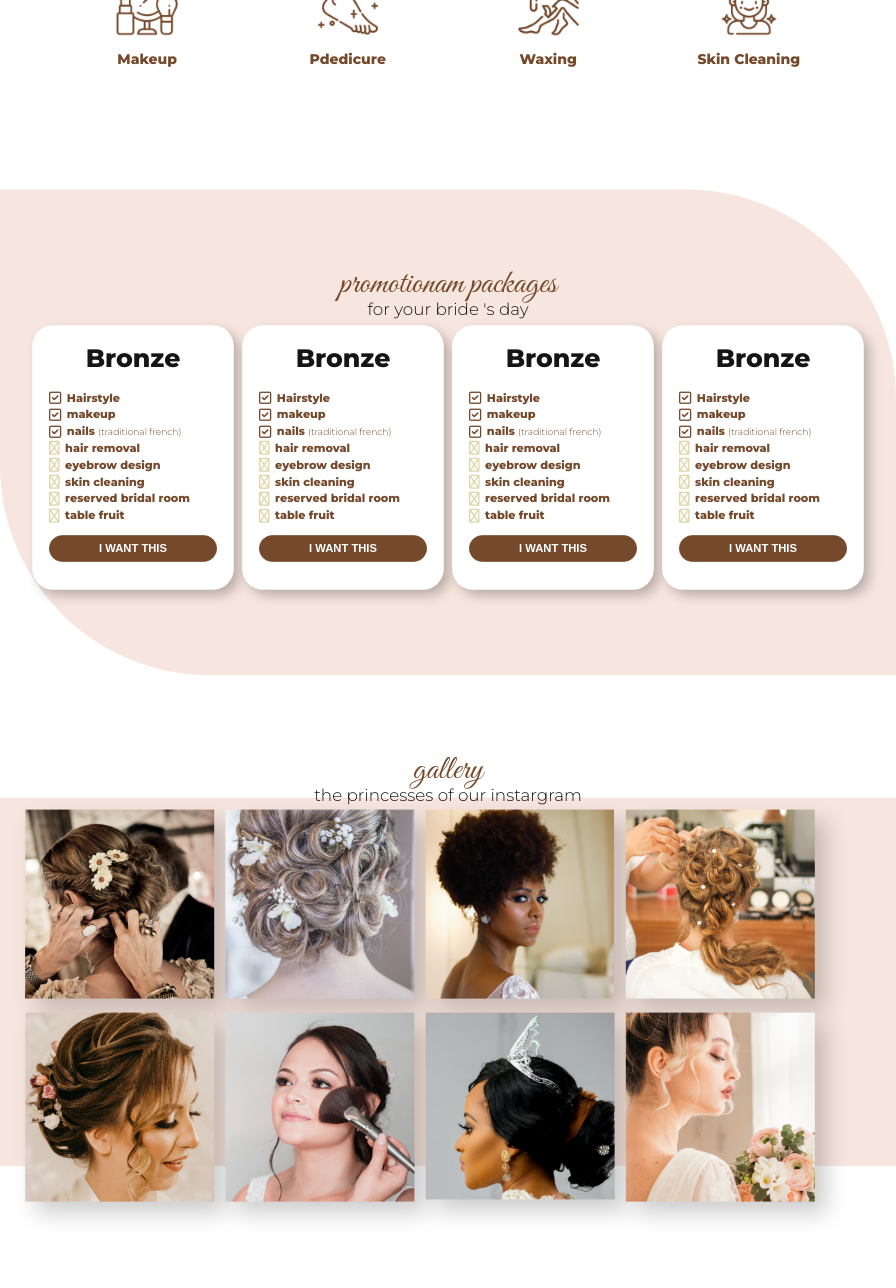
Repository: TuanHuflit2k1/clone-web01
Page: index.html
The author's editor kept a copy of each file at every save. The page is drawn from the files as they stood at one save, then again after the next save.
The browser window is 1280 px wide. The pictures show the part of the page from y = 1972 to 3892 px (the page is 3812 px tall before and 3892 px after), at 70% of full size.
Some web libraries are served in a nearby version.

Above is the page before, as saved 2022-04-28 12:49:53.

### index.html
<!DOCTYPE html>
<html lang="en">
  <head>
    <meta charset="UTF-8" />
    <meta http-equiv="X-UA-Compatible" content="IE=edge" />
    <meta name="viewport" content="width=device-width, initial-scale=1.0" />
    <title>Beauty Salon</title>
    <!-- css file -->
    <link rel="stylesheet" href="./style.css" />
    <!-- font awesomw CDN -->
    <link
      rel="stylesheet"
      href="https://cdnjs.cloudflare.com/ajax/libs/font-awesome/6.1.1/css/all.min.css"
      integrity="sha512-KfkfwYDsLkIlwQp6LFnl8zNdLGxu9YAA1QvwINks4PhcElQSvqcyVLLD9aMhXd13uQjoXtEKNosOWaZqXgel0g=="
      crossorigin="anonymous"
      referrerpolicy="no-referrer"
    />
  </head>
  <body>
    <!-- header -->
    <header class="header" id="header">
      <div class="navbar">
        <div class="logo">
          <img src="./img/logo.svg" alt="Logo" />
        </div>
        <nav class="nav-menu" id="nav-menu">
          <ul class="nav-list">
            <li><a href="#" class="nav-link active">home</a></li>
            <li><a href="#about" class="nav-link">about</a></li>
            <li><a href="#services" class="nav-link">services</a></li>
            <li><a href="#package" class="nav-link">package</a></li>
            <li><a href="#gallery" class="nav-link">gallery</a></li>
            <li><a href="#contact" class="nav-link">contact</a></li>
          </ul>
        </nav>
        <div class="nav-toggle" id="nav-toggle">
          <i class="fas fa-bars"></i>
        </div>
      </div>
    </header>
    <!-- end header -->
    <!-- start home section -->
    <section class="home">
      <div class="container">
        <div class="home-img">
          <img src="./img/home-img.png" />
        </div>
        <div class="home-content">
          <h1>Your big day<br /><span>in style</span></h1>
          <p>
            Come see our bride 's corner and take the opportunity to schedule
            your date
          </p>
          <a href="#" class="btn btn-outline">
            <i class="fab fa-whatsapp"></i>
            Schedule your time
          </a>
        </div>
      </div>
    </section>
    <!-- end section home -->
    <!-- start section about -->
    <section class="about" id="about">
      <div class="container">
        <div class="section-title">
          <h1>our story</h1>
          <span>studio hair</span>
        </div>
        <div class="about-detail">
          <div class="about-detal-content">
            <div class="about-img">
              <img src="./img/about-img.jpg" />
            </div>
            <div class="about-description">
              <p>
                Lorem ipsum dolor sit amet consectetur adipisicing elit. Error,
                maiores!
              </p>
              <p>
                Lorem ipsum dolor sit amet consectetur adipisicing elit.
                Distinctio itaque, adipisci animi quisquam aliquid excepturi!
              </p>
              <p>
                Lorem ipsum dolor sit amet consectetur adipisicing elit.
                Blanditiis, sequi?
              </p>
            </div>
          </div>
        </div>
      </div>
    </section>
    <!-- end section about -->
    <!-- start service section -->
    <div class="services" id="services">
      <div class="services-content">
        <div class="section-title">
          <h1>services</h1>
          <span>what we do</span>
        </div>
        <div class="services-content-description">
          <div class="box">
            <div class="inner">
              <img src="./img/services/manicure.png" />
              <p>manicure</p>
            </div>
          </div>
          <div class="box">
            <div class="inner">
              <img src="./img/services/eyebrow design.png" />
              <p>eyebrow design</p>
            </div>
          </div>
          <div class="box">
            <div class="inner">
              <img src="./img/services/haircut.png" />
              <p>haircut</p>
            </div>
          </div>
          <div class="box">
            <div class="inner">
              <img src="./img/services/hairstyle.png" />
              <p>hairstyle</p>
            </div>
          </div>
          <div class="box">
            <div class="inner">
              <img src="./img/services/makeup.png" />
              <p>makeup</p>
            </div>
          </div>
          <div class="box">
            <div class="inner">
              <img src="./img/services/pedicure.png" />
              <p>pdedicure</p>
            </div>
          </div>
          <div class="box">
            <div class="inner">
              <img src="./img/services/waxing.png" />
              <p>waxing</p>
            </div>
          </div>
          <div class="box">
            <div class="inner">
              <img src="./img/services/skin cleansing.png" />
              <p>skin cleaning</p>
            </div>
          </div>
        </div>
      </div>
    </div>
    <!-- end services section -->
    <!-- start package section -->
    <div class="package" id="package">
      <div class="section-title">
        <h1>promotionam packages</h1>
        <span>for your bride 's day</span>
      </div>
      <div class="package-cards">
        <div class="card">
          <div class="card-title">
            <h1>Bronze</h1>
          </div>
          <div class="card-items">
            <div class="item">
              <i class="far fa-check-square check-icon"></i>
              <p>Hairstyle</p>
            </div>
            <div class="item">
              <i class="far fa-check-square check-icon"></i>
              <p>makeup</p>
            </div>
            <div class="item">
                <i class="far fa-check-square check-icon"></i>
                <p>nails <span>(traditional french)</span></p>
              </div>
              <div class="item">
                <i class="far fa-times-square x-icon"></i>
                <p class="not">hair removal</p>
              </div>
              <div class="item">
                <i class="far fa-times-square x-icon"></i>
                <p class="not">eyebrow design</p>
              </div>
              <div class="item">
                <i class="far fa-times-square x-icon"></i>
                <p class="not">skin cleaning</p>
              </div>
              <div class="item">
                <i class="far fa-times-square x-icon"></i>
                <p class="not"> reserved bridal room</p>
              </div>
              <div class="item">
                <i class="far fa-times-square x-icon"></i>
                <p class="not">table fruit</p>
              </div>
            <button class="btn">I want this</button>

          </div>

      </div>
      <div class="card">
        <div class="card-title">
          <h1>Bronze</h1>
        </div>
        <div class="card-items">
          <div class="item">
            <i class="far fa-check-square check-icon"></i>
            <p>Hairstyle</p>
          </div>
          <div class="item">
            <i class="far fa-check-square check-icon"></i>
            <p>makeup</p>
          </div>
          <div class="item">
              <i class="far fa-check-square check-icon"></i>
              <p>nails <span>(traditional french)</span></p>
            </div>
            <div class="item">
              <i class="far fa-times-square x-icon"></i>
              <p class="not">hair removal</p>
            </div>
            <div class="item">
              <i class="far fa-times-square x-icon"></i>
              <p class="not">eyebrow design</p>
            </div>
            <div class="item">
              <i class="far fa-times-square x-icon"></i>
              <p class="not">skin cleaning</p>
            </div>
            <div class="item">
              <i class="far fa-times-square x-icon"></i>
              <p class="not"> reserved bridal room</p>
            </div>
            <div class="item">
              <i class="far fa-times-square x-icon"></i>
              <p class="not">table fruit</p>
            </div>
            <button class="btn">I want this</button>

        </div>

    </div>
    <div class="card">
        <div class="card-title">
          <h1>Bronze</h1>
        </div>
        <div class="card-items">
          <div class="item">
            <i class="far fa-check-square check-icon"></i>
            <p>Hairstyle</p>
          </div>
          <div class="item">
            <i class="far fa-check-square check-icon"></i>
            <p>makeup</p>
          </div>
          <div class="item">
              <i class="far fa-check-square check-icon"></i>
              <p>nails <span>(traditional french)</span></p>
            </div>
            <div class="item">
              <i class="far fa-times-square x-icon"></i>
              <p class="not">hair removal</p>
            </div>
            <div class="item">
              <i class="far fa-times-square x-icon"></i>
              <p class="not">eyebrow design</p>
            </div>
            <div class="item">
              <i class="far fa-times-square x-icon"></i>
              <p class="not">skin cleaning</p>
            </div>
            <div class="item">
              <i class="far fa-times-square x-icon"></i>
              <p class="not"> reserved bridal room</p>
            </div>
            <div class="item">
              <i class="far fa-times-square x-icon"></i>
              <p class="not">table fruit</p>
            </div>
            <button class="btn">I want this</button>

        </div>

    </div>
    <div class="card">
        <div class="card-title">
          <h1>Bronze</h1>
        </div>
        <div class="card-items">
          <div class="item">
            <i class="far fa-check-square check-icon"></i>
            <p>Hairstyle</p>
          </div>
          <div class="item">
            <i class="far fa-check-square check-icon"></i>
            <p>makeup</p>
          </div>
          <div class="item">
              <i class="far fa-check-square check-icon"></i>
              <p>nails <span>(traditional french)</span></p>
            </div>
            <div class="item">
              <i class="far fa-times-square x-icon"></i>
              <p class="not">hair removal</p>
            </div>
            <div class="item">
              <i class="far fa-times-square x-icon"></i>
              <p class="not">eyebrow design</p>
            </div>
            <div class="item">
              <i class="far fa-times-square x-icon"></i>
              <p class="not">skin cleaning</p>
            </div>
            <div class="item">
              <i class="far fa-times-square x-icon"></i>
              <p class="not"> reserved bridal room</p>
            </div>
            <div class="item">
              <i class="far fa-times-square x-icon"></i>
              <p class="not">table fruit</p>
            </div>
            <button class="btn">I want this</button>
        </div>

    </div>

        </div>
      </div>
    </div>
    <!-- end package asection -->
    <!-- start galley section -->
    <section class="gallery" id="gallery">
<div class="gallery-content">
    <div class="section-title">
        <h1>gallery</h1>
        <span>the princesses of our instargram</span>
    </div>
    <div class="gallery-list-img">
        <div class="gallery-img">
            <img src="./img/img-insta/photo1.png">
        </div>
        <div class="gallery-img">
            <img src="./img/img-insta/photo2.png">
        </div>
        <div class="gallery-img">
            <img src="./img/img-insta/photo3.png">
        </div>
        <div class="gallery-img">
            <img src="./img/img-insta/photo4.png">
        </div>
        <div class="gallery-img">
            <img src="./img/img-insta/photo5.png">
        </div>
        <div class="gallery-img">
            <img src="./img/img-insta/photo6.png">
        </div>
        <div class="gallery-img">
            <img src="./img/img-insta/photo7.png">
        </div>
        <div class="gallery-img">
            <img src="./img/img-insta/photo8.png">
        </div>
    </div>
</div>
    </section>
    <!-- link js -->
    <script src="./main.js"></script>
  </body>
</html>

### style.css
/* font */
@import url("https://fonts.googleapis.com/css2?family=Great+Vibes&family=Montserrat:wght@300;400;600;800&display=swap");
:root {
  --header-height: 5rem;
  --main-color: #f7e6df;
  --first-color: #75492b;
  --secon-color: #dfd6a7;
  --white-color: #fff;
  --black-color: #151515;

  --font-cursive: "Great Vibes", cursive;
  --font-body: "Montserrat", sans-serif;

  --big-font-size: 3rem;
  --h1-font-size: 2.25rem;
  --h2-font-size: 1.5rem;
  --h3-font-size: 1.25rem;
  --normal-font-size: 1rem;
  --small-font-size: 0.813rem;
}
* {
  box-sizing: border-box;
  margin: 0;
  padding: 0;
  text-decoration: none;
  list-style: none;
  outline: none;
  border: none;
}
html {
  scroll-behavior: smooth;
}
body {
  background-color: var(--white-color);
  font-size: var(--normal-font-size);
  font-family: var(--font-body);
  overflow-x: hidden;
}
/* button */
.btn {
  width: 240px;
  display: flex;
  align-items: center;
  justify-content: center;
  text-align: center;
  background-color: var(--first-color);
  color: var(--white-color);
  border: 1px solid var(--first-color);
  border-radius: 50px;
  font-size: var(--normal-font-size);
  font-weight: bold;
  text-transform: uppercase;
  line-height: 1rem;
  padding: 10px 20px;
  cursor: pointer;
  transition: all 0.4s ease;
}
.btn:hover {
  background-color: transparent;
  color: var(--first-color);
}
.btn-outline {
  width: 280px;
  background-color: transparent;
  color: var(--first-color);
  padding: 5px 10px 5px 0;
  transition: all 0.4s ease;
  position: relative;
}
.btn-outline::before {
  content: "";
  position: absolute;
  top: 0;
  left: 0;
  width: 18%;
  height: 100%;
  background-color: var(--first-color);
  border: 1px solid var(--first-color);
  border-radius: 50px;
  transition: all 0.4s ease-in-out;
}
.btn-outline i {
  margin-right: 1.5rem;
  font-size: var(--h3-font-size);
  color: var(--white-color);
  z-index: 10;
}
.btn-outline:hover::before {
  width: 100%;
  z-index: -1;
}
.btn-outline:hover {
  color: var(--white-color);
  z-index: 10;
}
/* end button */
.header {
  position: fixed;
  top: 0;
  left: 0;
  right: 0;
  height: var(--header-height);
  background-color: rgba(255, 255, 255, 0.3);
  z-index: 10000;
  transition: all 0.4s ease;
}
.scroll-header {
  background-color: var(--white-color);
  box-shadow: 0 4px 6px rgba(0, 0, 0, 0.1);
}
.navbar {
  width: 100%;
  max-width: 1200px;
  margin: 0 auto;
  display: flex;
  justify-content: space-between;
  align-items: center;
  padding: 20px;
}
.nav-menu .nav-list {
  display: flex;
}
.nav-menu li {
  margin-right: 2rem;
}
.nav-link {
  font-size: var(--normal-font-size);
  color: var(--black-color);
  font-weight: bold;
  text-transform: capitalize;
  position: relative;
  transition: all 0.4s ease;
}
.nav-link::before {
  content: "";
  position: absolute;
  width: 0;
  left: 0;
  bottom: 0;
  height: 2px;
  background-color: var(--first-color);
  transition: all 0.4s ease-in-out;
}
.nav-link:hover::before {
  width: 100%;
}
.nav-link:hover,
.nav-link.active {
  color: var(--first-color);
}
.nav-toggle {
  font-size: var(--h1-font-size);
  padding: 5px 5px 0;
  border: 2px solid transparent;
  cursor: pointer;
  z-index: 100;
  display: none;
}
.nav-toggle:hover {
  color: var(--first-color);
  border: 2px solid var(--first-color);
}
/* Start Home Section */
.home {
  width: 100%;
  height: 100vh;
  background-color: var(--main-color);
  border-radius: 0 0 300px 0;
}
.home .container {
  max-width: 1200px;
  margin: 0 auto;
  display: flex;
  flex-wrap: wrap;
}
.home .home-img img {
  max-width: 100%;
  height: 100%;
}
.home .home-content {
  width: 40%;
  height: 100vh;
  display: flex;
  flex-direction: column;
  align-items: flex-start;
  justify-content: center;
}
.home-content h1 {
  font-family: var(--font-cursive);
  font-size: 4rem;
  line-height: 3.5rem;
  letter-spacing: 4px;
  color: var(--first-color);
  margin-bottom: 1.5rem;
}
.home-content p {
  font-weight: 400;
  line-height: 1.5rem;
  letter-spacing: 2px;
  color: var(--black-color);
  margin-bottom: 1.5rem;
}

/* End Home Section */
/* start about section */
.about {
  width: 100%;
  padding: 7rem 0;
  background-image: url(./img/arabesque-left-bottom.svg);
  background-repeat: no-repeat;
  background-position: bottom left;
  z-index: -1;
}
.about .container {
  max-width: 1200px;
  margin: 0 auto;
  display: flex;
  flex-wrap: wrap;
}
.section-title {
  text-align: center;
  margin: 0 auto;
}
.section-title h1 {
  font-family: var(--font-cursive);
  font-size: var(--big-font-size);
  font-weight: 400;
  line-height: 3rem;
  color: var(--first-color);
}
.section-title span {
  font-weight: 300;
  font-size: var(--h2-font-size);
  line-height: 1.5rem;
  color: var(--black-color);
}
.about-detail {
  width: 100%;
  padding: 2rem;
}
.about-detal-content {
  display: grid;
  grid-template-columns: repeat(2, 1fr);
  gap: 1rem;
  align-items: center;
  border: 2px solid var(--first-color);
  border-radius: 30px;
  padding: 1rem;
}
.about-img img {
  width: 100%;
  border-radius: 30px;
  filter: drop-shadow(16px 16px 16px rgba(0, 0, 0, 0.25));
}
.about-description {
  position: relative;
  padding: 2rem;
}
.about-description::before {
  content: "";
  position: absolute;
  width: 100%;
  height: 110%;
  top: -10%;
  left: 0;
  background-color: var(--main-color);
  border-radius: 30px;
  box-shadow: 4px 8px 16px rgba(0, 0, 0, 0.25);
  z-index: -1;
}
.about-description p {
  font-weight: 400;
  line-height: 2rem;
  color: var(--black-color);
}
/* start services section */

.services {
  width: 100%;
  padding: 7rem 0;
  background-image: url(./img/arabesque-left-top.svg);
  background-repeat: no-repeat;
  background-position: top left;
  z-index: -1;
}
.services-content {
  max-width: 1200px;
  margin: 0 auto;
  display: flex;
  flex-wrap: wrap;
}
.services-content-description {
  width: 100%;
  max-width: 1200px;
  margin: 0 auto;
  padding: 2rem;
  text-align: center;
  display: grid;
  grid-template-columns: repeat(4, 1fr);
  gap: 10px;
}
.services-content-description .box {
  padding: 20px;
}
.services-content-description .box .inner img {
  width: 90px;
  margin-bottom: 1rem;
}
.services-content-description .box .inner {
  font-size: var(--h3-font-size);
  font-weight: 800;
  text-transform: capitalize;
  color: var(--first-color);
  padding: 10px;
  position: relative;
}
.services-content-description .box .inner::before,
.services-content-description .box .inner::after {
  content: "";
  position: absolute;
  width: 0;
  height: 0;
  box-sizing: border-box;
  transition: all 0.8s ease;
}
.services-content-description .box .inner::before {
  bottom: 0;
  left: 0;
  border-bottom: 3px solid transparent;
  border-left: 3px solid transparent;
}
.services-content-description .box .inner::after {
  top: 0;
  right: 0;
  border-top: 3px solid transparent;
  border-right: 3px solid transparent;
}
.services-content-description .box:hover .inner::before,
.services-content-description .box:hover .inner::after {
  width: 100%;
  height: 100%;
  border-color: var(--first-color);
}
/* end services section */
/* start package */
.package {
  width: 100%;
  padding: 7rem 0;
  background-color: var(--main-color);
  border-radius: 0 300px;
}
.package-cards {
  max-width: 1200px;
  display: flex;
  flex-wrap: wrap;
  margin: 0 auto;
}
.card {
  background-color: var(--white-color);
  box-shadow: 8px 8px 16px rgba(0, 0, 0, 0.25);
  border-radius: 30px;
  padding: 1.5rem;
  margin: 10px auto;
  transition: all 0.4s ease-in-out;
  cursor: pointer;
}
.card:hover {
  transform: scale(1.1);
}
.card-title {
  text-align: center;
  margin-bottom: 1.5rem;
}
.card-title h1 {
  font-weight: bold;
  font-size: var(--h1-font-size);
  line-height: 2, 25rem;
  color: var(--black-color);
}
.card-items {
  margin-bottom: 1rem;
}
.card-items .item p {
  font-weight: bold;
  line-height: 1.5rem;
  color: var(--first-color);
  margin-left: 0.5rem;
}
.item {
  display: flex;
  align-items: center;
}
.card-items .item p span {
  font-size: var(--small-font-size);
  font-weight: 300;
}
.item .check-icon,
.item .x-icon {
  font-size: var(--h3-font-size);
}
.item .x-icon,
.item .not {
  color: var(--secon-color);
}
.item .check-icon {
  color: var(--first-color);
}
.card-items button {
  margin: 1rem auto 0;
}
/* end card */
/* start gallery section */
.gallery {
  width: 100%;
  padding: 7rem 0;
  position: relative;
}
.gallery::before {
  content: "";
  position: absolute;
  width: 100%;
  height: 60%;
  top: 20%;
  background-color: var(--main-color);
  z-index: -1;
}
.gallery-list-img {
  width: 100%;
  max-width: 1200px;
  display: flex;
  flex-wrap: wrap;
  justify-content: center;
  position: relative;
  mar
}
.gallery-img img {
    margin: 0.5rem;
    filter: drop-shadow(16px 16px 16px rgba(0,0,0,0.2));
}

@media (max-width: 920px) {
  .nav-menu {
    position: absolute;
    top: 0;
    right: 0;
    width: 0;
    height: 100vh;
    background-color: var(--main-color);
    font-size: var(--h2-font-size);
    text-align: center;
    text-transform: capitalize;
    padding-top: var(--header-height);
    box-shadow: 0 0 5px rgba(0, 0, 0, 0.4);
    transition: all 0.4s ease-in-out;
  }
  .show-nav {
    width: 60%;
  }
  .nav-menu .nav-list {
    display: block;
  }
  .nav-menu li {
    padding: 15px 0;
  }
  .nav-link {
    font-size: var(--h3-font-size);
  }
  .nav-toggle {
    display: block;
  }
  .home .home-img img {
    display: none;
  }
  .home .home-content {
    width: 100%;
    height: 100vh;
    display: flex;
    justify-content: center;
    align-items: center;
  }
  .home-content h1 {
    font-size: var(--big-font-size);
  }
  .home-content p {
    padding: 0 2rem;
  }
  .about-detal-content {
    grid-template-columns: unset;
  }
  .services-content-description {
    grid-template-columns: repeat(2, 1fr);
  }
}
@media (max-width: 560px) {
  .services-content-description {
    grid-template-columns: unset;
  }
}

### main.js
//Show Navbar
const nav = document.querySelector(".nav-menu");
const toggle = document.querySelector(".nav-toggle");
toggle.onclick = () => {
  nav.classList.toggle("show-nav");
};
//Remove bar
const navLink = document.querySelectorAll(".nav-link");
function linkAction() {
  nav.classList.remove("show-nav");
}
navLink.forEach((n) => n.addEventListener("click", linkAction));
//change active color
function colorLink() {
  if (navLink) {
    navLink.forEach((n) => n.classList.remove("active"));
    this.classList.add("active");
  }
}
navLink.forEach((l) => l.addEventListener("click", colorLink));

After the next save:
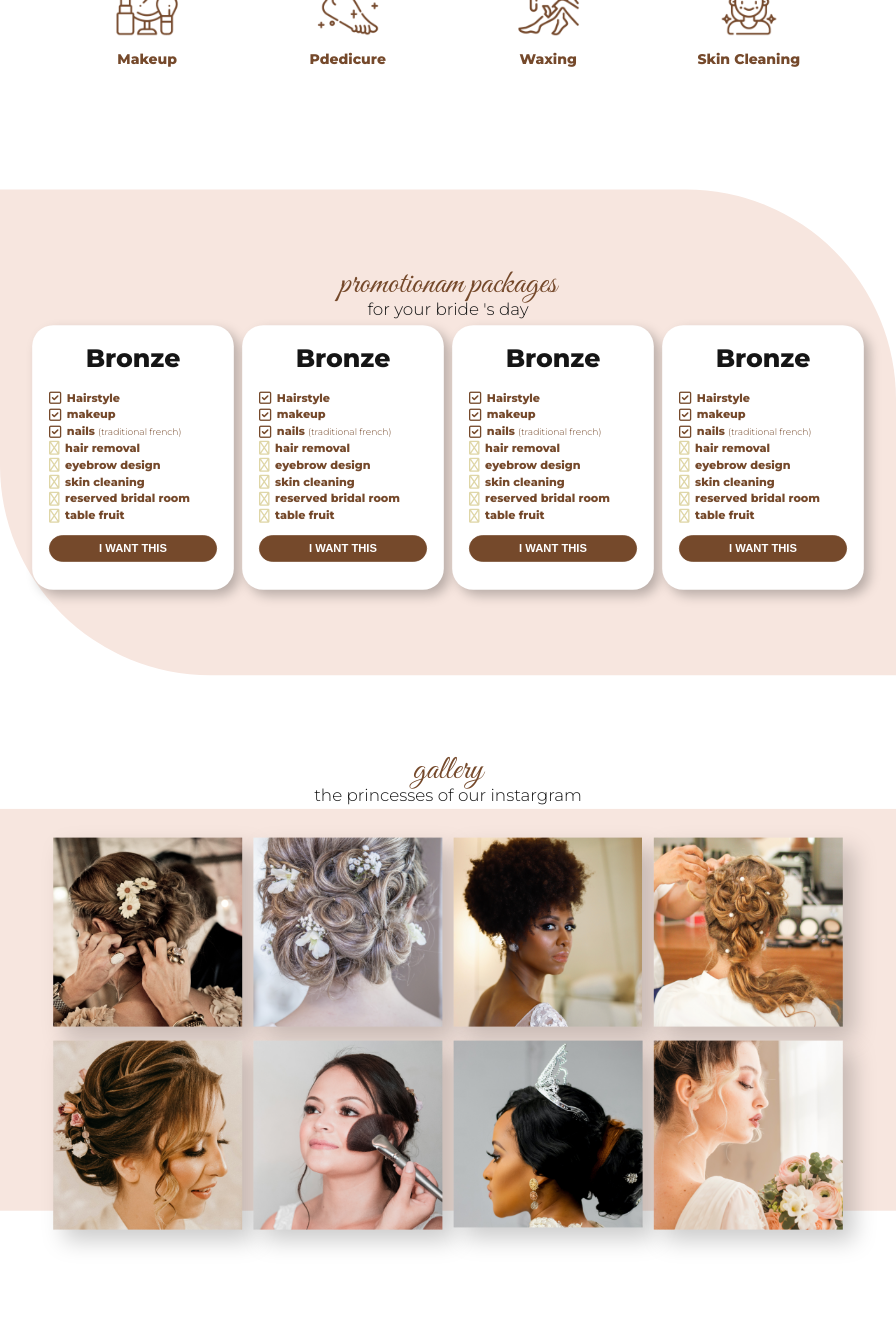
Saved 5 s later.
--- a/style.css
+++ b/style.css
@@ -431,11 +431,11 @@ body {
   flex-wrap: wrap;
   justify-content: center;
   position: relative;
-  mar
+  margin: 2.5rem auto;
 }
 .gallery-img img {
-    margin: 0.5rem;
-    filter: drop-shadow(16px 16px 16px rgba(0,0,0,0.2));
+  margin: 0.5rem;
+  filter: drop-shadow(16px 16px 16px rgba(0, 0, 0, 0.2));
 }
 
 @media (max-width: 920px) {
